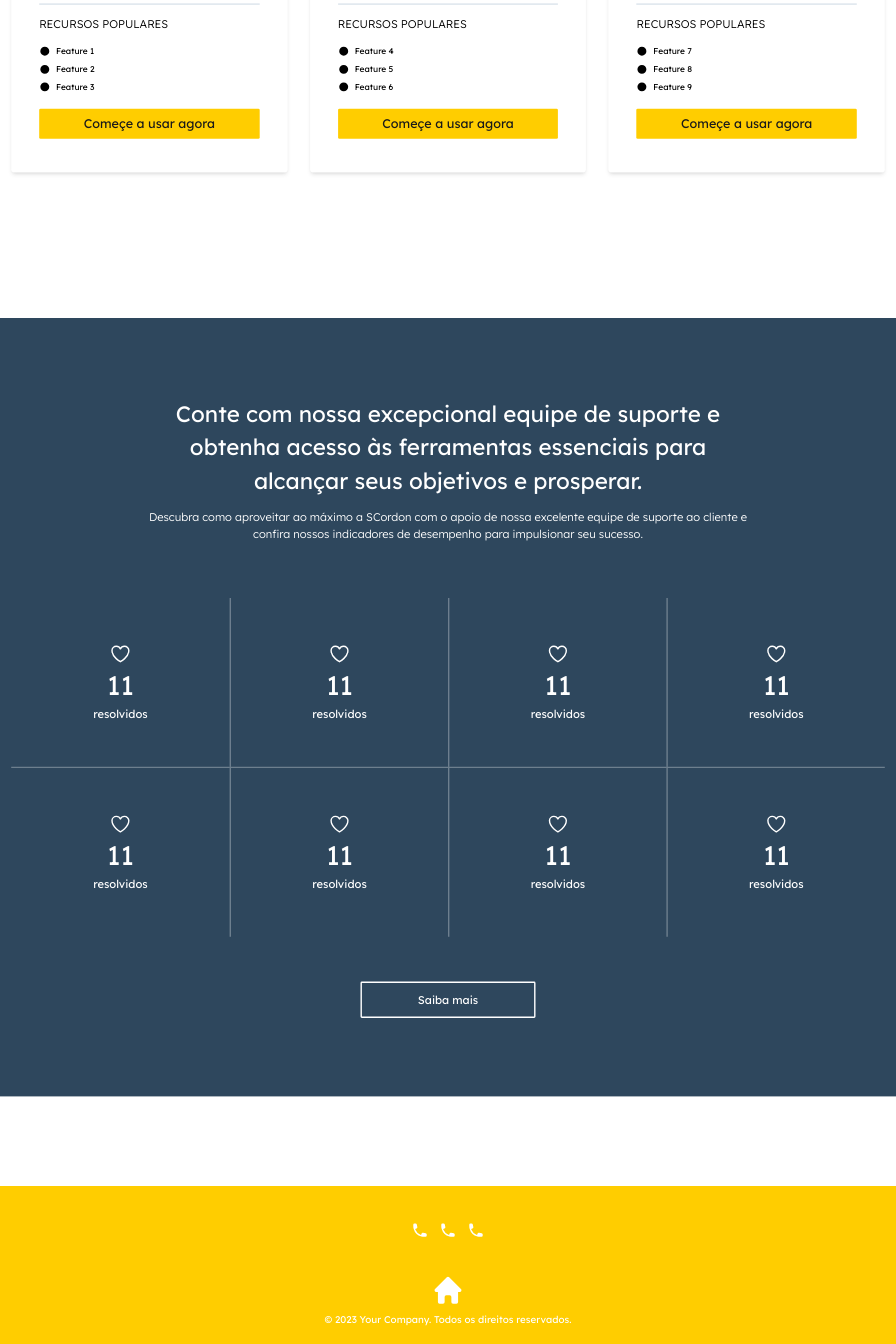
Repository: VereAbsolutum/site-institucional
Page: /
These files come from the project's save history. The page is drawn as it stood at one moment and after the next save; the edit follows.
The browser window is 1280 px wide. The pictures show the part of the page from y = 1246 to 3166 px (the page is 3166 px tall), at 70% of full size.
The project was rebuilt for these pictures with package versions that can differ from the ones it lists, and the page was loaded fresh each time. Also part of the build but not shown: vite.config.ts, src/presentation/components/buttons/button-base.tsx, src/presentation/components/buttons/button-border-primary.tsx, src/presentation/components/buttons/button-primary.tsx, src/presentation/components/typography/heading3.tsx, src/presentation/pages/not-found/notFound.tsx.

Above is the page before, as saved 2023-04-16 00:05:31.

After the next save:
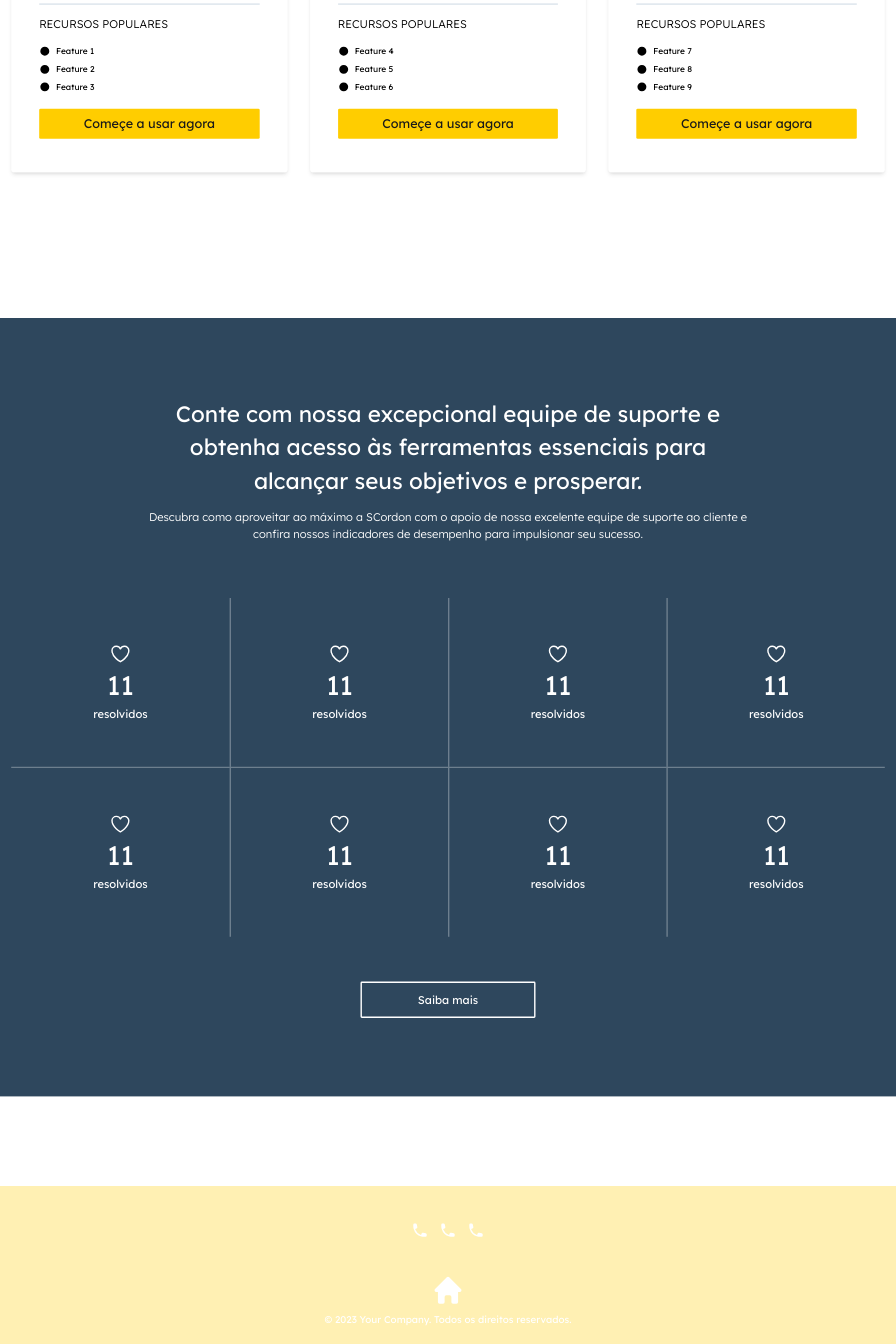
Saved 44 s later.
--- a/src/presentation/components/footer/footers.tsx
+++ b/src/presentation/components/footer/footers.tsx
@@ -3,7 +3,7 @@ import { PhoneIcon, HomeIcon } from '@heroicons/react/20/solid';
 
 const footer = () => {
     return (
-        <footer className="bg-yellow text-white py-6">
+        <footer className="bg-yellow-40 text-white py-6">
             <div className="container mx-auto">
                 <div className="grid grid-rows-2 grid-cols-1 items-center gap-6">
                     <div className="flex justify-center">
